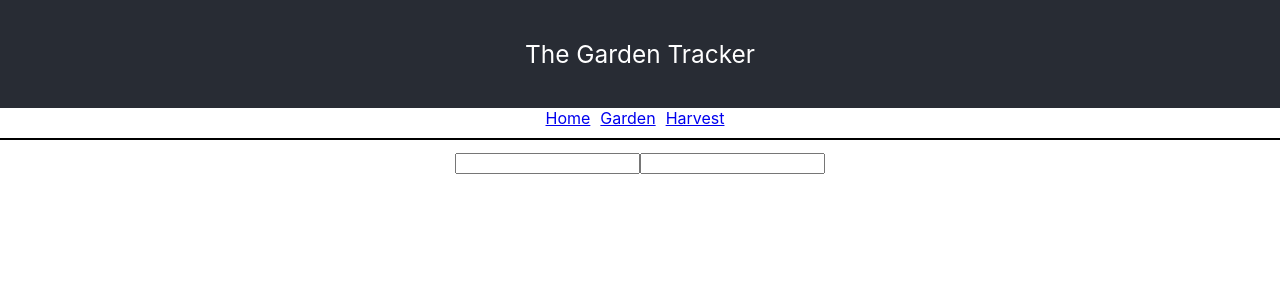
Repository: charliejp0311/ReactReduxFinal
Page: /garden (app in gardentracker/)
These files come from the project's save history. The page is drawn as it stood at one moment and after the next save; the edit follows.
The browser window is 1280 px wide. The pictures show the whole page.
The page's requests for data from a server got no answer. The project was rebuilt for these pictures with package versions that can differ from the ones it lists, and the page was loaded fresh each time. No one was signed in, and anything a server would have sent is missing. Also part of the build but not shown: gardentracker/src/containers/GardenbookContainer.js, gardentracker/src/containers/HarvestContainer.js.

Above is the page before, as saved 2020-11-04 14:59:49.

After the next save:
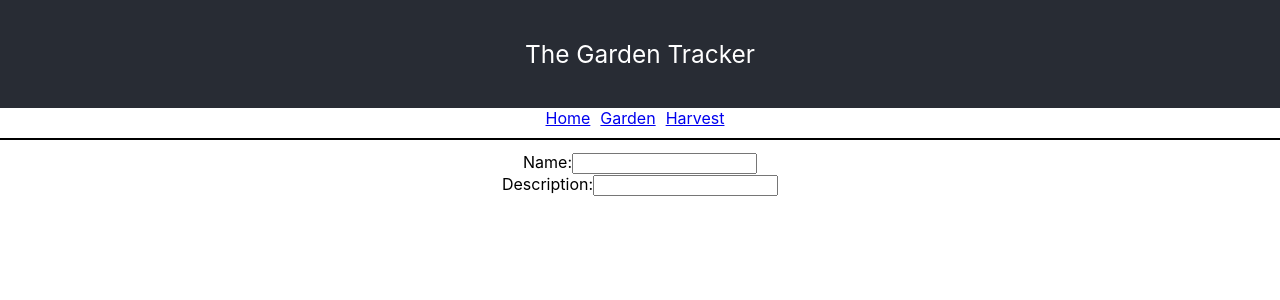
Saved 64 s later.
--- a/gardentracker/src/components/plantForm.js
+++ b/gardentracker/src/components/plantForm.js
@@ -5,9 +5,10 @@ class PlantForm extends Component {
     render(){
         return(
             <form>
-                <label htmlFor='name' />
-                <input type='text' name='name' />
-                <input type='textarea' name='description' />
+                <label htmlFor='name' >Name:</label>
+                <input type='text' name='name' /><br />
+                <label htmlFor='description' >Description:</label>
+                <input type='textArea' name='description' /> <br />
             </form>
         );
     };
